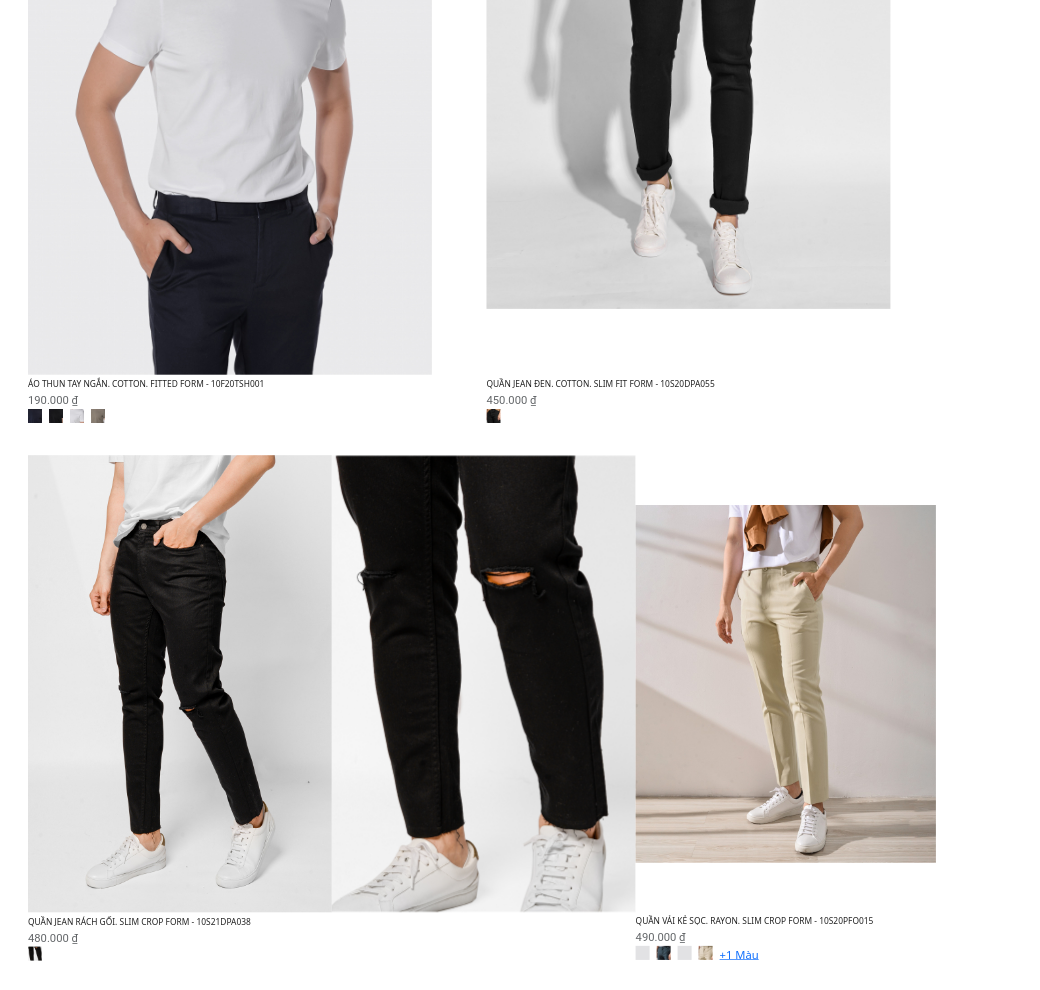
Repository: NguyenQuangQuan021099/FE_Page-Male
Page: Danh sách/page1.html
These files come from the project's save history. The page is drawn as it stood at one moment and after a run of saves; the edit follows.
The browser window is 1280 px wide. The page is 1337 px wide, then 1485 px, so the pictures cover 1485 px, including what lies to the right of the window. The pictures show the part of the page from y = 3105 to 4745 px (the page is 4519 px tall before and 4745 px after), at 70% of full size.
Some web libraries are served in a nearby version.

Above is the page before, as saved 2021-07-02 11:17:47.

### Danh sách/page1.html
<!DOCTYPE html>
<html lang="en">
<head>
    <meta charset="UTF-8">
    <meta http-equiv="X-UA-Compatible" content="IE=edge">
    <meta name="viewport" content="width=device-width, initial-scale=1.0">
    <script src="https://kit.fontawesome.com/ce2ff1d6ed.js" crossorigin="anonymous"></script>
    <link href="https://cdn.jsdelivr.net/npm/bootstrap@5.0.1/dist/css/bootstrap.min.css" rel="stylesheet" integrity="sha384-+0n0xVW2eSR5OomGNYDnhzAbDsOXxcvSN1TPprVMTNDbiYZCxYbOOl7+AMvyTG2x" crossorigin="anonymous">
    <link rel="stylesheet" href="page1.css">
    <script src="https://code.jquery.com/jquery-3.6.0.min.js" integrity="sha256-/xUj+3OJU5yExlq6GSYGSHk7tPXikynS7ogEvDej/m4=" crossorigin="anonymous"></script>
    <title>Danh sách - Trang 1</title>
</head>
<body>
    <div class="product">
        <ol class="product product-list-items">

          <li class="product-item">
            <!-- begin quan jean rach -->
                <div class="product__item__info">
                    <a href=""><img src="./img/Quần Jean rách/mausac_mindigo_10f20dpa036__4__83540e42a567450e871f5e54799a25b4_1.jpg" alt="" srcset=""></a>
                    <div class="sub__div">
                        <a href="#" class="content"> Quần Jean rách. SLIM CROP Form - 10F20DPA036</a> <br>
                        <span class="price">480.000&nbsp;₫</span>
                        <div class="mini__img">
                          <a class="img__mini-1"  href="#">
                            <div class="sub__content">
                              M/INDIGO
                            </div>
                          </a>
                        </div>
                      </div>
                </div>
            <!-- end quan jean rach -->
          </li>

          <li class="product-item items">
            <!-- begin quan jean tron -->
                <div class="product__item__info">
                    <a href=""><img  src="./img/Quần Jean trơn/mausac_dgrey_10f20dpa045__3__f96be7eb755242d6a1bf9d6ed867b13b_1.jpg" ></a>
                      <div class="sub__div">
                        <a href="#" class="content"> Quần Jean trơn. SLIM form - 10F20DPA045</a> <br>
                        <span class="price">480.000&nbsp;₫</span>
                        <div class="mini__img">
                          <a class="img__mini-2" href="#">
                            <div class="sub__content">
                              D/GREY
                            </div>
                          </a>
                        </div>
                      </div>
                </div>
            <!-- end quan jean tron -->

            <!-- begin quan vai -->
                <div class="product__item__info">
                    <a href=""><img src="./img/Quần vải/dsc_5138_1.jpg" alt="Quần vải. SLIM CROP form - 10F20PFO024" ></a>
                    <div class="sub__div">
                      <a href="#" class="content"> Quần vải. SLIM CROP form - 10F20PFO024</a> <br>
                      <span class="price">390.000&nbsp;₫</span>
                      <div class="mini__img">
                        <a class="img__mini-3-1" href="#">
                          <div class="sub__content">
                            BLACK
                          </div>
                        </a>
                        <a class="img__mini-3-2" href="#">
                          <div class="sub__content">
                            navy
                          </div>
                        </a>
                      </div>
                    </div>
                </div>
              <!-- end quan vai -->
          </li>

          <li class="product-item items">
              <div class="sub-items">
            <!-- begin quan vai ke soc -->
              <div class="product__item__info">
                <a href="#"><img src="./img/Quần vải kẻ sọc/mausac_black_dsc_7842_a620a9b959f64f32938ab38f368556b1_1.jpg" ></a>
                <div class="sub__div">
                  <a href="#" class="content"> Quần vải kẻ sọc. Rayon. SLIM CROP form - 10S20PFO015 </a> <br>
                  <span class="price">420.000&nbsp;₫</span>
                  <div class="mini__img">
                    <a class="img__mini-4-1" href="#">
                      <div class="sub__content">
                        BLACK BEAUTY
                      </div>
                    </a>
                    <a class="img__mini-4-2" href="#">
                      <div class="sub__content">
                        WREN
                      </div>
                    </a>
                  </div>
                </div>
              </div>
            <!-- end quan vai ke soc -->
            <!-- begin ao polo -->
              <div class="product__item__info">
                <a href="#"><img src="./img/Áo Polo phối màu/10s21pol016.4_1.jpg"  ></a>
                <div class="sub__div">
                  <a href="#" class="content"> Áo polo phối màu, decor Rib. FITTED form - 10S21POL016</a> <br>
                  <span class="price">420.000&nbsp;₫</span>
                  <div class="mini__img">
                    <a class="img__mini-5-1" href="http://google.com">
                      <div class="sub__content">
                        BRIGHT WHITE
                      </div>
                    </a>
                    <a class="img__mini-5-2" href="http://google.com">
                      <div class="sub__content">
                        DARK SAPPHIRE
                      </div>
                    </a>
                  </div>
                </div>
              </div>
            <!-- end ao polo -->
            </div>
            <!-- begin quan vai ke soc -->
            <div class="product__item__info">
              <a href="#"><img  class="image-3" src="./img/Quần vải trơn/dsc_7548_1.jpg" ></a>
              <div class="sub__div">
                <a href="#" class="content"> Quần vải kẻ sọc. Rayon. SLIM CROP form - 10S20PFO015 </a> <br>
                <span class="price">490.000&nbsp;₫</span>
                <div class="mini__img">
                  <a class="img__mini-6-1" href="http://google.com">
                    <div class="sub__content">
                      GREY MELANGE
                    </div>
                  </a>
                  <a class="img__mini-6-2" href="http://google.com">
                    <div class="sub__content">
                      PURPLE BLUE
                    </div>
                  </a>
                  <a class="img__mini-6-3" href="http://google.com">
                    <div class="sub__content">
                      LIGHT GREY
                    </div>
                  </a>
                  <a class="img__mini-6-4" href="http://google.com">
                    <div class="sub__content">
                      BEIGE
                    </div>
                  </a>
                 <div class="show-hide">
                  <a href="#" class="hide">+1 Màu</a>
                  <a class="img__mini-6-5 show" href="http://google.com">
                    <div class="sub__content">
                      BLACK
                    </div>
                  </a>
                 </div>
                </div>
              </div>
            </div>
            <!-- end quan vai ke soc -->
          </li>

          <li class="product-item items">
            <!-- begin ao thun tay ngan -->
            <div class="product__item__info">
            <a href="#"><img  src="./img/Áo thun tay ngắn/10f20tsh001.1_1.jpg" ></a>
            <div class="sub__div">
              <a href="#" class="content"> Áo thun tay ngắn. Cotton. Fitted form - 10F20TSH001 </a> <br>
              <span class="price">190.000&nbsp;₫</span>
              <div class="mini__img">
                <a class="img__mini-7-1" href="http://google.com">
                  <div class="sub__content">
                    NIGHT SKY
                  </div>
                </a>
                <a class="img__mini-7-2" href="http://google.com">
                  <div class="sub__content">
                    REAL BLACK
                  </div>
                </a>
                <a class="img__mini-7-3" href="http://google.com">
                  <div class="sub__content">
                    BRIGHT WHITE
                  </div>
                </a>
                <a class="img__mini-7-4" href="http://google.com">
                  <div class="sub__content">
                    BUNGEE CORD
                  </div>
                </a>
              </div>
            </div>
            </div>
            <!-- end ao thun tay ngan -->

            <!-- begin quan jean den -->
                <div class="product__item__info">
                  <a href="#"><img  src="./img/Quần Jean đen/mausac_black_dsc_0716__2__0ac6d2bbb2a94f2da7f33ce337a26ece_7.jpg" alt="Quần Jean rách. SLIM CROP Form - 10F20DPA036" ></a>
                  <div class="sub__div">
                    <a href="#" class="content"> Quần JEAN đen. COTTON. SLIM FIT form - 10S20DPA055</a> <br>
                    <span class="price">450.000&nbsp;₫</span>
                    <div class="mini__img">
                      <a class="img__mini-8"  href="#">
                        <div class="sub__content">
                          BLACK
                        </div>
                      </a>
                    </div>
                  </div>
                </div>
              <!-- end quan jean den -->
          </li>

          <li class="product-item items">
          <div class="sub-items">
          <!-- begin quan jean rach goi -->
            <div class="product__item__info">
              <a href="#"><img class="img-responsive1" src="./img/Quần jean rách gối/mausac_black_10s21dpa038_1__1.jpg" alt="Quần Jean rách. SLIM CROP Form - 10F20DPA036" ></a>
                <div class="sub__div">
                  <a href="#" class="content"> Quần jean rách gối. SLIM CROP form - 10S21DPA038</a> <br>
                  <span class="price">480.000&nbsp;₫</span>
                  <div class="mini__img">
                    <a class="img__mini-10"  href="#">
                      <div class="sub__content">
                        BLACK
                      </div>
                    </a>
                  </div>
                </div>
            </div>
           <!-- end quan jean rach goi-->

          <div class="sub__image">
            <a href="#"><img src="./img/Quần jean rách gối/mausac_black_10s21dpa038_2__2.jpg"></a>
          </div>
          </div>
          <!-- begin quan soc tron -->
          <div class="product__item__info">
            <a href="#"><img  class="image-3" src="./img/Quần vải trơn/dsc_7548_1.jpg" ></a>
            <div class="sub__div">
              <a href="#" class="content"> Quần vải kẻ sọc. Rayon. SLIM CROP form - 10S20PFO015 </a> <br>
              <span class="price">490.000&nbsp;₫</span>
              <div class="mini__img">
                <a class="img__mini-6-1" href="http://google.com">
                  <div class="sub__content">
                    GREY MELANGE
                  </div>
                </a>
                <a class="img__mini-6-2" href="http://google.com">
                  <div class="sub__content">
                    PURPLE BLUE
                  </div>
                </a>
                <a class="img__mini-6-3" href="http://google.com">
                  <div class="sub__content">
                    LIGHT GREY
                  </div>
                </a>
                <a class="img__mini-6-4" href="http://google.com">
                  <div class="sub__content">
                    BEIGE
                  </div>
                </a>
               <div class="show-hide">
                <a href="#" class="hide">+1 Màu</a>
                <a class="img__mini-6-5 show" href="http://google.com">
                  <div class="sub__content">
                    BLACK
                  </div>
                </a>
               </div>
              </div>
            </div>
          </div>
          <!-- end quan soc tron-->
        </li>


    </ol>
    </div>


    <script src="./page1.js"></script>
    <script src="https://cdn.jsdelivr.net/npm/@popperjs/core@2.9.2/dist/umd/popper.min.js" integrity="sha384-IQsoLXl5PILFhosVNubq5LC7Qb9DXgDA9i+tQ8Zj3iwWAwPtgFTxbJ8NT4GN1R8p" crossorigin="anonymous"></script>
    <script src="https://cdn.jsdelivr.net/npm/bootstrap@5.0.1/dist/js/bootstrap.min.js" integrity="sha384-Atwg2Pkwv9vp0ygtn1JAojH0nYbwNJLPhwyoVbhoPwBhjQPR5VtM2+xf0Uwh9KtT" crossorigin="anonymous"></script>
</body>
</html>

### Danh sách/page1.css
*{
    padding: 0;
    margin: 0;
    box-sizing: border-box ;
}

.product .product-list-items .product-item{
    width: 100%;
    display: flex;
    justify-content: center;
    margin-bottom: 30px;
}

.product .product-list-items .items{
    display: flex;
    justify-content: space-between;
    padding: 8px;
}

.items img{
    width: 577px;
    height: 878px;
}

.items .sub-items{
    display: flex;
}

.sub-items .product__item__info a img{
    width: 434px;
    height: 653px;
}

.product__item__info a .image-3{
    width: 429px;
    height: 652px;
}

img{
    width: 587px;
    height: 892px;
    margin: auto ;
}

.sub__image a img{
    width: 434px;
    height: 653px;
}

.content{
    color: #222;
    font-weight: 400;
    text-transform: uppercase;
    font-size: 12px;
    text-decoration: none;
}

.price{
    opacity: 0.7;
    font-size: 16px;
    font-family: Roboto;
}

.mini__img{
    display: flex;
    position: relative;
}

.mini__img .img__mini-1, .img__mini-2, .img__mini-3-1,.img__mini-3-2, .img__mini-4-1, .img__mini-4-2,
.img__mini-5-1,.img__mini-5-2, .img__mini-6-1, .img__mini-6-2, .img__mini-6-3, .img__mini-6-4,.img__mini-6-5,
.img__mini-7-1, .img__mini-7-2, .img__mini-7-3, .img__mini-7-4,.img__mini-7-5, .img__mini-8,.img__mini-9-1,
.img__mini-9-2,.img__mini-9-3,.img__mini-9-4,.img__mini-9-5,.img__mini-10,.img__mini-11-1,.img__mini-11-2,.img__mini-11-3,
.img__mini-11-4, .img__mini-12-1, .img__mini-12-2{
    width: 20px;
    height: 20px;
    background-size: initial;
}


.mini__img .img__mini-1{
    background: url(./img/10f20dpa036.3_1_1.jpg) center no-repeat;
}

.mini__img .img__mini-2{
    background: url(./img/_dsc9170_1.jpg) no-repeat center;
}

.mini__img .img__mini-3-1 {
    background: url(./img/dsc_5136_1_1_1.jpg) no-repeat center;
}

.mini__img .img__mini-3-2{
    background: url(./img/dsc_5167_1.jpg) no-repeat center;
    margin-left: 10px;
}

.mini__img .img__mini-4-1{
    background: url(./img/10s20pfo015_w_1_1.jpg) no-repeat center;
}

.mini__img .img__mini-4-2{
    background: url(./img/10s20pfo015b_1.jpg) no-repeat center;
    margin-left: 10px;
}

.mini__img .img__mini-5-1{
    background: url(./img/10s21pol016.6_1_1.jpg) no-repeat center;
}

.mini__img .img__mini-5-2{
    background: url(./img/n6_2_1.jpg) no-repeat center;
    margin-left: 10px;
}

.mini__img .img__mini-6-1{
    background: url(./img/cheo_19_1_16.png) no-repeat center;
}

.mini__img .img__mini-6-2{
    background: url(./img/dsc_7571_1.jpg) no-repeat center;
    margin-left: 10px;
}

.mini__img .img__mini-6-3{
    background: url(./img/cheo_20_1_5.png) no-repeat center;
    margin-left: 10px;
}

.mini__img .img__mini-6-4{
    background: url(./img/dsc_7554_2.jpg) no-repeat center;
    margin-left: 10px;
}

.mini__img .img__mini-6-5{
    background: url(./img/dsc_7585_1.jpg) no-repeat center;
    margin-left: 10px;
}

.mini__img .img__mini-7-1{
    background: url(./img/10f20tsh001.14_2_1.jpg) no-repeat center;
}

.mini__img .img__mini-7-2{
    background: url(./img/10f20tsh001.10_2_1.jpg) no-repeat center;
    margin-left: 10px;
}

.mini__img .img__mini-7-3{
    background: url(./img/10f20tsh001.2_2_1.jpg) no-repeat center;
    margin-left: 10px;
}

.mini__img .img__mini-7-4{
    background: url(./img/10f20tsh001.6_2_1.jpg) no-repeat center;
    margin-left: 10px;
}

.mini__img .img__mini-8{
    background: url(./img/10s20dpa055_01_1_1.jpg) no-repeat center;
}

.mini__img .img__mini-9-1{
    background: url(./img/mausac_micro_10s20psh006_6__1_1.jpg) no-repeat center;
}

.mini__img .img__mini-9-2{
    background: url(./img/mausac_tuffet_10s20psh006_5__1_1_1.jpg) no-repeat center;
    margin-left: 10px;
}

.mini__img .img__mini-9-3{
    background: url(./img/mausac_white_10s20psh006_6__1_1.jpg) no-repeat center;
    margin-left: 10px;
}

.mini__img .img__mini-9-4{
    background: url(./img/mausac_grey_10s20psh006_5__1_1_1.jpg) no-repeat center;
    margin-left: 10px;
}

.mini__img .img__mini-9-5{
    background: url(./img/mausac_black_10s20psh006_5__2_1.jpg) no-repeat center;
    margin-left: 10px;
}

.mini__img .img__mini-10{
    background: url(./img/mausac_black_10s21dpa038_2__1_1.jpg) no-repeat center;
}

.mini__img .img__mini-11-1{
    background: url(./img/mausac_grey_10s21pol001c_5__1_1.jpg) no-repeat center;
}

.mini__img .img__mini-11-2{
    background: url(./img/mausac_sky_10s21pol001c_4__1_1.jpg) no-repeat center;
    margin-left: 10px;
}

.mini__img .img__mini-11-3{
    background: url(./img/mausac_black_10s21pol001c_1__1_1.jpg) no-repeat center;
    margin-left: 10px;
}

.mini__img .img__mini-11-4{
    background: url(./img/mausac_white_10s21pol001c_3__1_1.jpg) no-repeat center;
    margin-left: 10px;
}

.mini__img .img__mini-12-1{
    background: url(./img/mausac_black_10s21pol001c_1__1_1.jpg) no-repeat center;
}

.mini__img .img__mini-12-2{
    background: url(./img/mausac_urban_10s21pol003_1__1_1.jpg) no-repeat center;
    margin-left: 10px;
}

.mini__img a .sub__content{
    width: 154px;
    height: 40px;
    text-align: center;
    border-radius: 3px;
    border: 1px solid black;
    color: black;
    padding: 15px;
    display: none;
    position: absolute;
    bottom: 25px;
    background-color: white;
    line-height: 4px;
}
.mini__img a:hover{
    border: 1px solid black;
}

.mini__img a:hover .sub__content{
    display: block;
}

.hide{
    text-decoration: underline;
    border-style: none;
    margin-left: 10px;
}

.pagination{
    display: block;
}

.pagination ul{
    display: flex;
    justify-content: center;
}
.pagination ul li{
    list-style: none;
    width: 30px;
    height: 30px;
    font-size: 18px;
    color: #707070;
    margin: 12px 6px;
    text-align: center;
}

.pagination ul .item__current a{
    color: black;
}

.pagination ul li:hover a{
    background-color: #ccc;
    border-radius: 2px;
    padding: 6px 12px;
}

.list-group .active{
    background-color: #fff;
    border-style: none;
    color:black ;
}

.reset-close{
    padding: 20px 0;
    display: flex;
    justify-content: space-between;
}
.reset-close .close, .reset{
    font-size: 18px;
    margin: 0 30px;
    border-style: none;
    background-color: #fff
}

.list-select{
    width: 25.8%;
    position: fixed;
    top: 0;
    display: none;
    right: 0;
    top: -10px;
    z-index: 2;
    background-color: #fff;
    border: 1px solid #fbfbfb;
}

.list-group-item-action:hover{
    background-color: #fff;
}

.list-select button{
   font-size: 18px;
}

.btn__item{
    padding-left: 30px;
}

.list-group .item__male ul li{
    list-style: none;
    padding-top: 8px;
}


.filter-option button .icon{
    display: inline;
    margin-left: 245px;
}

.filter-option button .icon .icon-1{
    display: none;
}



@keyframes mymove{
    0%{
        right: -100%;
    }
    100%{
        right: 0;
    }
}

### Danh sách/page1.js

$('.show-hide').on("click", function(e){
    $(this).find('.hide').css("display", "none");
    $(this).find('.show').css("display", "block");
    e.preventDefault();
})

After the next 2 saves:
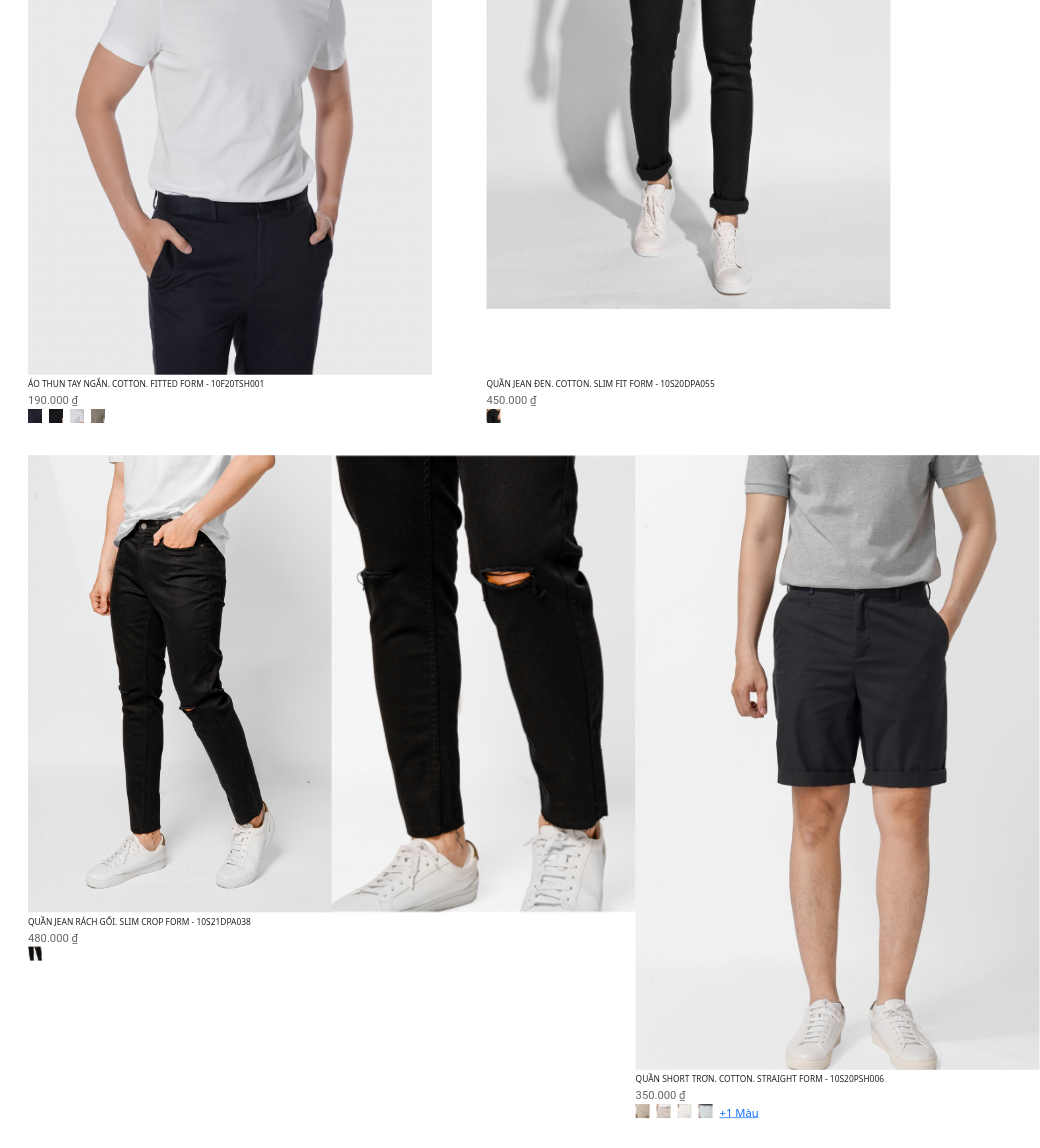
The 2 saves are shown as one change because they came seconds apart.
The last was saved 65 s later.
--- a/Danh sách/page1.html
+++ b/Danh sách/page1.html
@@ -236,41 +236,41 @@
           </div>
           <!-- begin quan soc tron -->
           <div class="product__item__info">
-            <a href="#"><img  class="image-3" src="./img/Quần vải trơn/dsc_7548_1.jpg" ></a>
-            <div class="sub__div">
-              <a href="#" class="content"> Quần vải kẻ sọc. Rayon. SLIM CROP form - 10S20PFO015 </a> <br>
-              <span class="price">490.000&nbsp;₫</span>
-              <div class="mini__img">
-                <a class="img__mini-6-1" href="http://google.com">
-                  <div class="sub__content">
-                    GREY MELANGE
-                  </div>
-                </a>
-                <a class="img__mini-6-2" href="http://google.com">
-                  <div class="sub__content">
-                    PURPLE BLUE
-                  </div>
-                </a>
-                <a class="img__mini-6-3" href="http://google.com">
-                  <div class="sub__content">
-                    LIGHT GREY
-                  </div>
-                </a>
-                <a class="img__mini-6-4" href="http://google.com">
-                  <div class="sub__content">
-                    BEIGE
-                  </div>
-                </a>
-               <div class="show-hide">
-                <a href="#" class="hide">+1 Màu</a>
-                <a class="img__mini-6-5 show" href="http://google.com">
-                  <div class="sub__content">
-                    BLACK
-                  </div>
-                </a>
-               </div>
-              </div>
-            </div>
+            <a href="#"><img  class="img-responsive1 " src="./img/Quần short trơn/mausac_black_10s20psh006_2__1.jpg" ></a>
+  <div class="sub__div">
+    <a href="#" class="content"> Quần short trơn. Cotton. STRAIGHT form - 10S20PSH006</a> <br>
+    <span class="price">350.000&nbsp;₫</span>
+    <div class="mini__img">
+      <a class="img__mini-9-1" href="http://google.com">
+        <div class="sub__content">
+          TUFFET
+        </div>
+      </a>
+      <a class="img__mini-9-2" href="http://google.com">
+        <div class="sub__content">
+          SHADOWN GREY
+        </div>
+      </a>
+      <a class="img__mini-9-3" href="http://google.com">
+        <div class="sub__content">
+          WHITE
+        </div>
+      </a>
+      <a class="img__mini-9-4" href="#">
+        <div class="sub__content">
+          MICRO CHIP
+        </div>
+      </a>
+     <div class="show-hide">
+      <a href="#" class="hide">+1 Màu</a>
+      <a class="img__mini-9-5 show" href="#">
+        <div class="sub__content">
+          BLACK BEAUTY
+        </div>
+      </a>
+     </div>
+    </div>
+  </div>
           </div>
           <!-- end quan soc tron-->
         </li>
